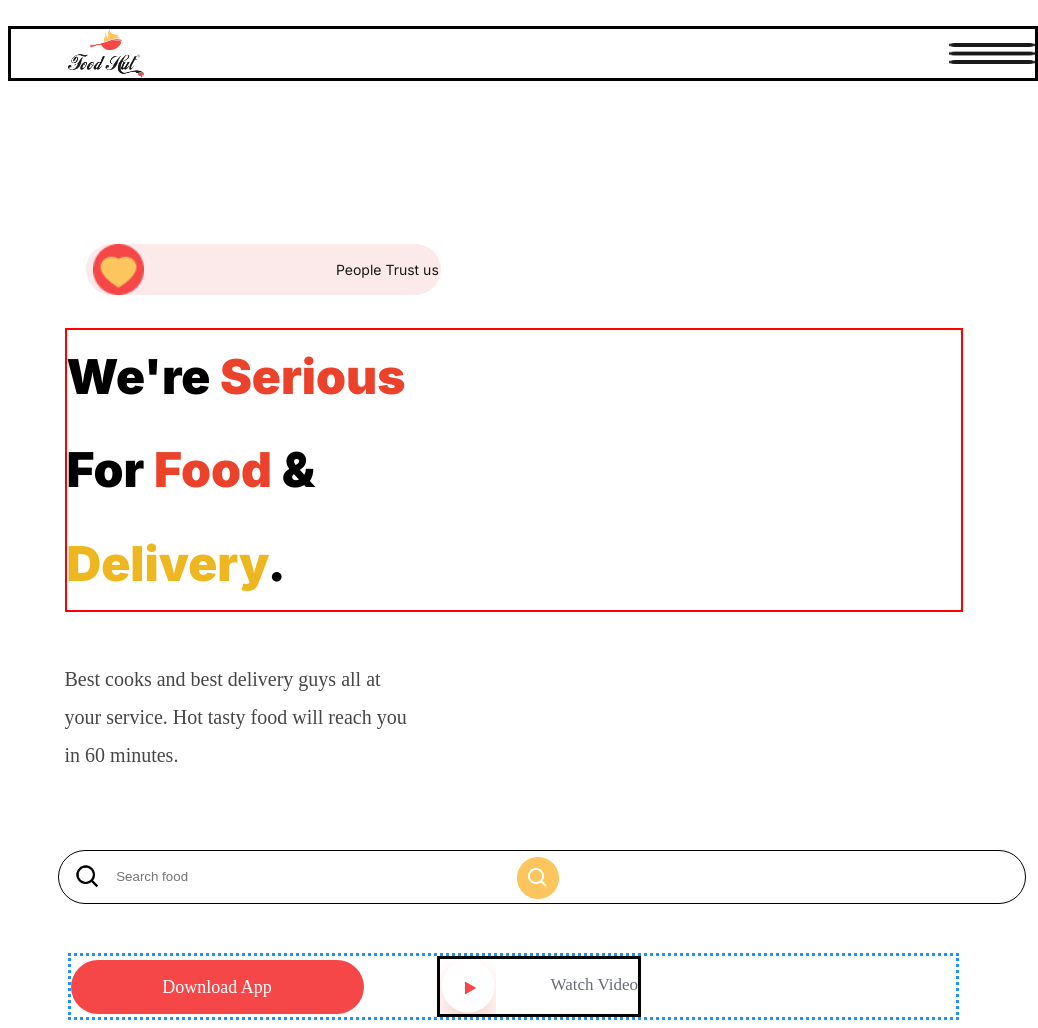
Repository: ReyhanehRahmani/Food-Hut
Page: FoodHut.html
These files come from the project's save history. The page is drawn as it stood at one moment and after the next save; the edit follows.
The browser window is 1024 px wide. The page is 1038 px wide, so the pictures cover 1038 px, including what lies to the right of the window. The pictures show the whole page.
Some web fonts or font styles are not loaded; a fallback is used.

Above is the page before, as saved 2025-05-29 00:04:12.

After the next save:
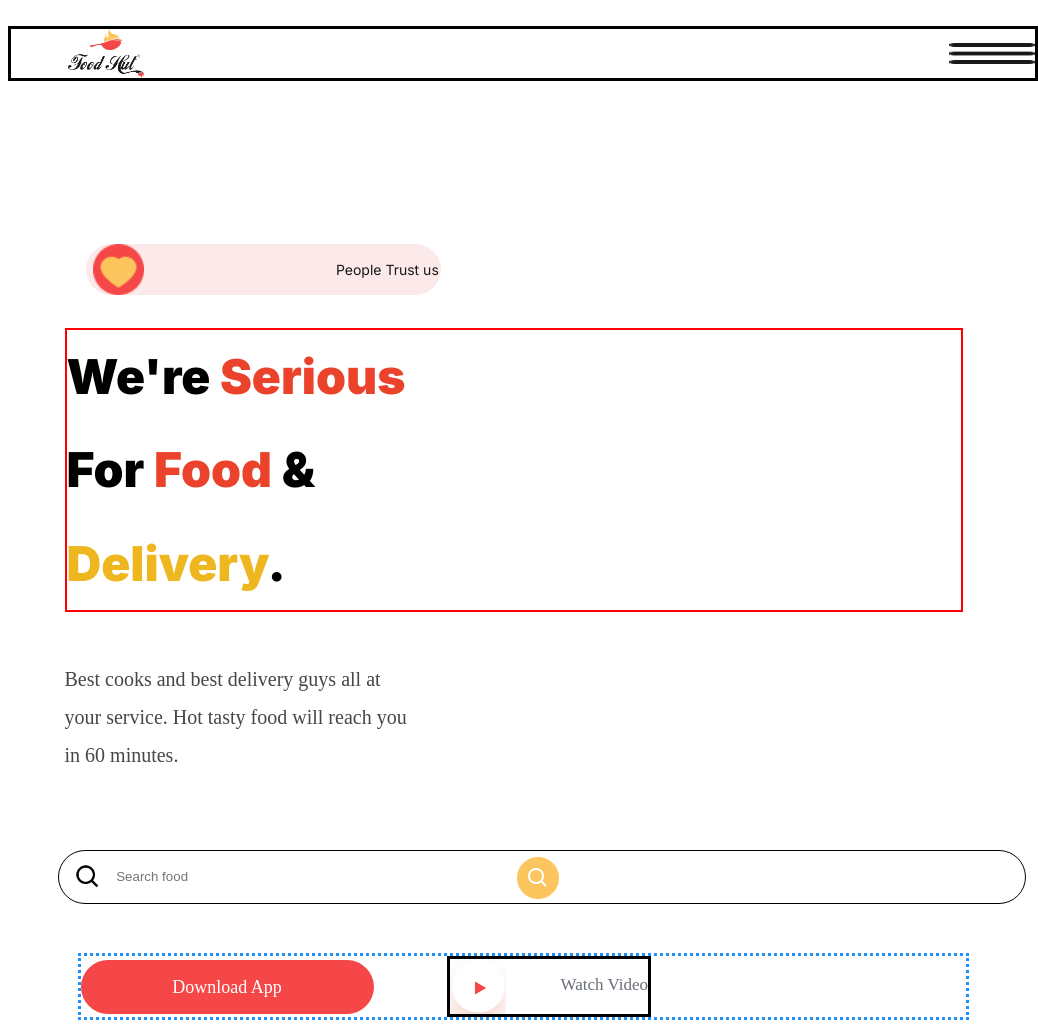
Saved 12 s later.
--- a/FoodHut.css
+++ b/FoodHut.css
@@ -174,7 +174,7 @@
     align-items: center;
     border: dodgerblue, dotted;
     width: 87.85046729%;
-    margin-left: 5.907476636%;
+    margin-left: 6.907476636%;
 
 }
 

After the save that followed:
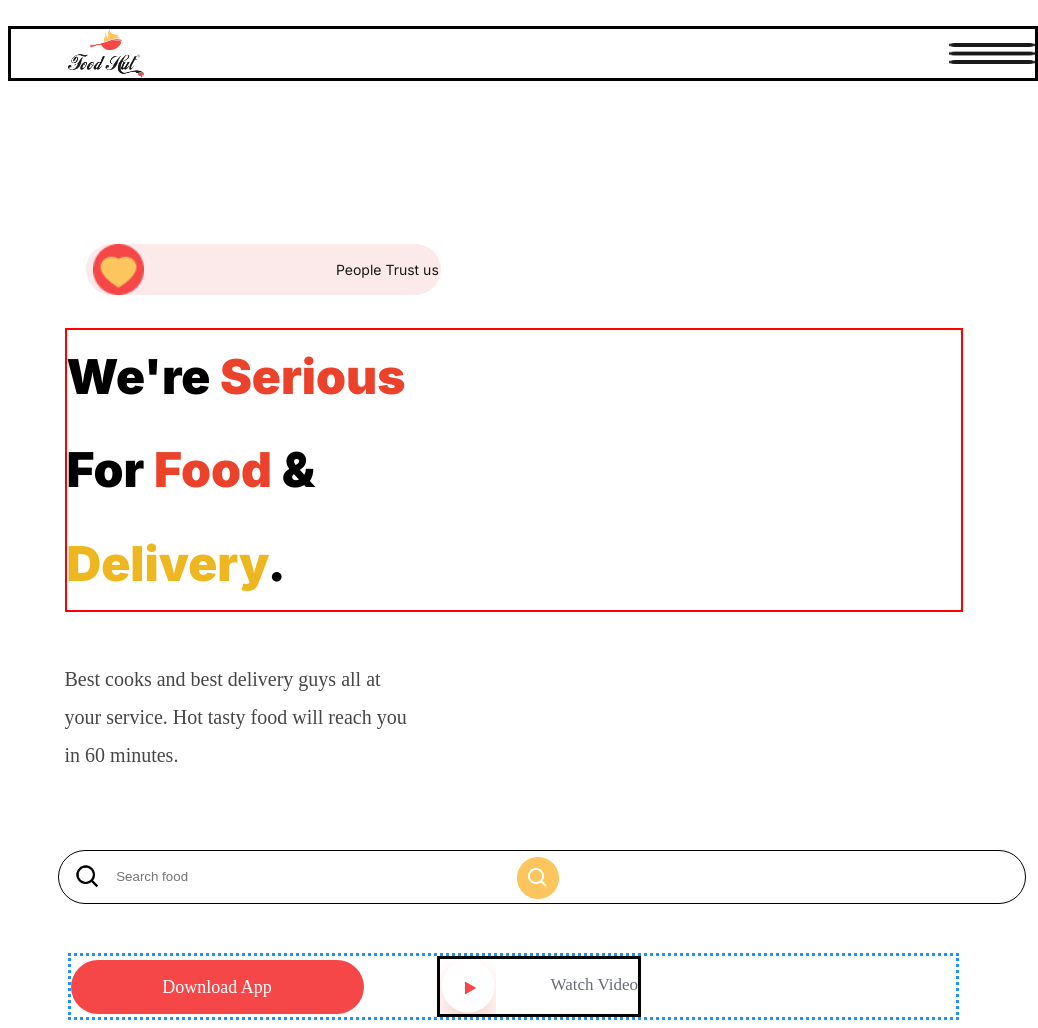
Saved 18 s later.
--- a/FoodHut.css
+++ b/FoodHut.css
@@ -174,7 +174,7 @@
     align-items: center;
     border: dodgerblue, dotted;
     width: 87.85046729%;
-    margin-left: 6.907476636%;
+    margin-left: 5.907476636%;
 
 }
 
